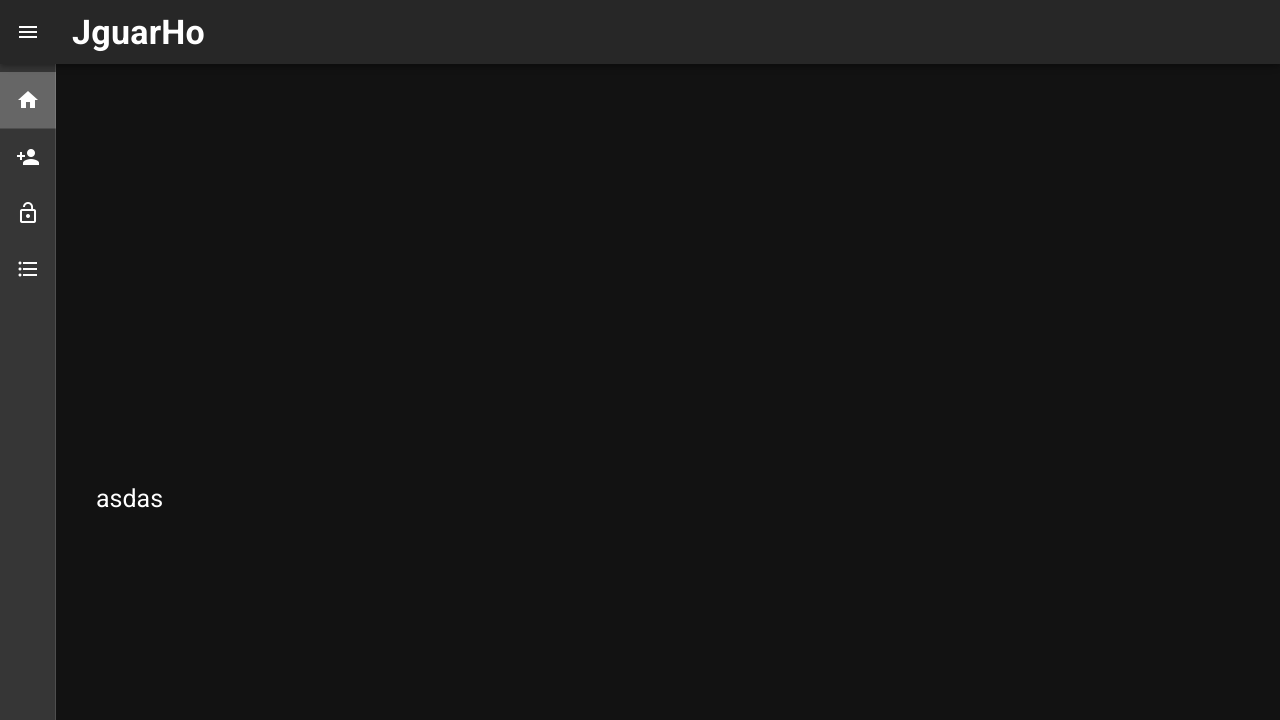
Repository: agent501/MRMS
Page: /
The author's editor kept a copy of each file at every save. The page is drawn from the files as they stood at one save, then again after the next save.
The browser window is 1280 px wide. The pictures show the whole page.
The page's requests for data from a server got no answer. The project was rebuilt for these pictures with package versions that can differ from the ones it lists, and the page was loaded fresh each time. No one was signed in, and anything a server would have sent is missing. Also part of the build but not shown: vue.config.js, src/components/Product/products.vue, src/components/Product/product.vue, src/components/Product/createproduct.vue, src/components/User/signin.vue, src/components/User/signup.vue, src/components/User/profile.vue, src/components/Shared/Alert.vue and 2 more. Imported but missing from the stored project, and not drawn on this page: src/router/auth-guard.js.

Above is the page before, as saved 2020-07-29 16:51:54.

After the next save:
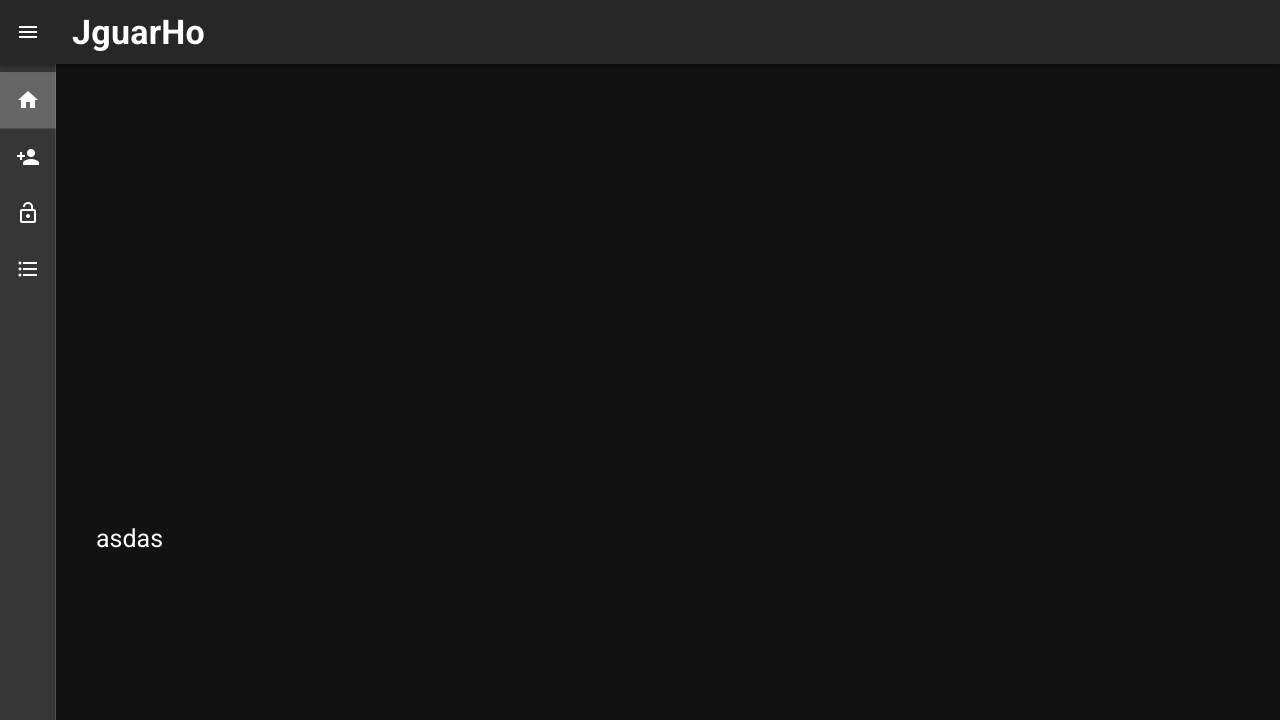
Saved 14 s later.
--- a/src/components/Home.vue
+++ b/src/components/Home.vue
@@ -34,7 +34,7 @@
     </v-carousel>
 
     <div>
-      <div style="font-size:25px">asdas</div>
+      <div class="mt-10" style="font-size:25px">asdas</div>
     </div>
   </div>
 </template>
